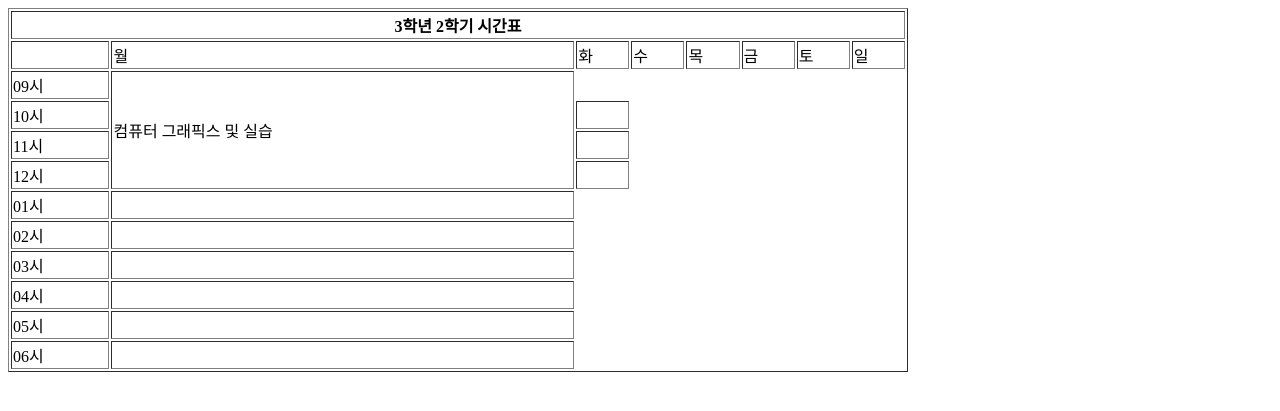
Repository: Cha-Ji/InternetProgramming
Page: week01/WebContent/hw04.html
These files come from the project's save history. The page is drawn as it stood at one moment and after the next save; the edit follows.
The browser window is 1280 px wide. The pictures show the whole page.

Above is the page before, as saved 2020-09-06 13:10:44.

After the next save:
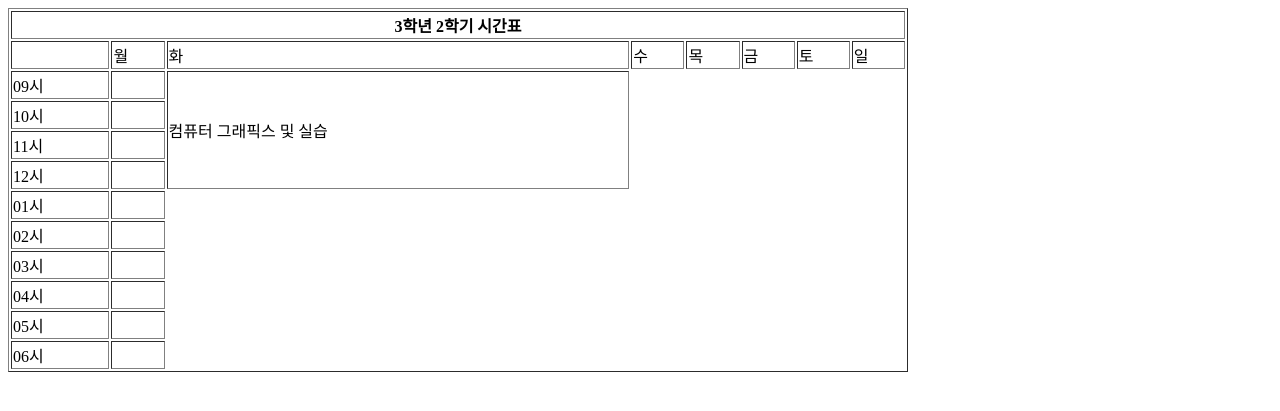
Saved 21 s later.
--- a/week01/WebContent/hw04.html
+++ b/week01/WebContent/hw04.html
@@ -12,6 +12,7 @@
 	</tr>
 	<tr>
 	    <td>09시</td>
+	    <td></td>
 	    <td rowspan = "4">컴퓨터 그래픽스 및 실습</td>
 	</tr>
 	<tr>
